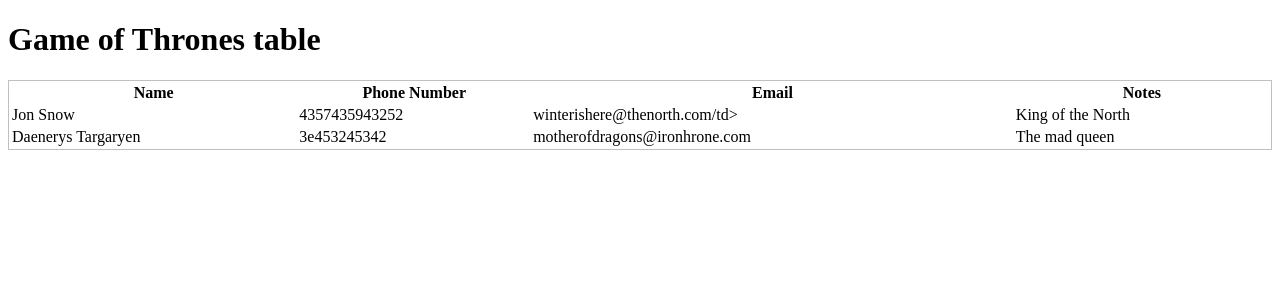
Repository: linas-dev/HTML-CSS-Projects
Page: Basic_HTML_and_CSS/HTML_Table.html
An editor plug-in stored every save of this project. The page is shown before and after the next save, followed by the edit.
The browser window is 1280 px wide. The pictures show the whole page.
The pointer rests on the first visible `td`.

Above is the page before, as saved 2021-05-30 10:37:41.

### Basic_HTML_and_CSS/HTML_Table.html
<!DOCTYPE html>
<html lang="en">
<head>
    <meta charset="UTF-8">
    <meta http-equiv="X-UA-Compatible" content="IE=edge">
    <meta name="viewport" content="width=device-width, initial-scale=1.0">
    <link rel="stylesheet" href="CSS_Table.css">
    <title>Document</title>
</head>
<body>

    <h1>Game of Thrones table</h1>
    <table style="width:100%">
        <tr>
            <th>Name</th>
            <th>Phone Number</th>
            <th>Email</th>
            <th>Notes</th>
        </tr>
        <tr>
            <td>Jon Snow</td>
            <td>4357435943252</td>
            <td>winterishere@thenorth.com/td>
            <td>King of the North</td>
        </tr>
        <tr>
            <td>Daenerys Targaryen</td>
            <td>3e453245342</td>
            <td>motherofdragons@ironhrone.com</td>
            <td>The mad queen</td>
        </tr>
    </table>






    <!-- <table class="table">
        <thead>
            <tr>
                <td><b>PRODUCT</b></td>
                <td><b>QTY</b></td>
                <td><b>PRICE</b></td>
            </tr>
        </thead>
        <tbody>
            <tr>
                <td class="hoveref">Drink</td>
                <td class="hoveref">1</td>
                <td class="hoveref">3.0</td>
            </tr>
            <tr>
                <td class="hoveref">Chips</td>
                <td class="hoveref">2</td>
                <td class="hoveref">1.5</td>
            </tr>
            <tr>
                <td class="hoveref">Burger</td>
                <td class="hoveref">7</td>
                <td class="hoveref">2</td>
            </tr>
        </tbody>
        <tfoot>
            <tr>
                <td class="hoveref" colspan="2" align="right"><b>Total</b></td>
                <td class="hoveref">6.5</td>
            </tr>
        </tfoot> -->

</body>
</html>

### Basic_HTML_and_CSS/CSS_Table.css
table {
    border: 1px solid silver;
}



/* .table {
    border-collapse: collapse;
    margin: 25px 0;
    font-size: 0.9em;
    min-width: 400px;
}

.table thead tr {
    background-color: #009879;
    color: #fff;
    text-align: left;
    font-weight: bold;
}

.table th, .table td {
    padding: 7px 5px;
}

.table tbody tr {
    border-bottom: 1px solid #dddddd;
}

.hoveref:hover {
    background-color: #4F0444;
    color: white;
} */

After the next save:
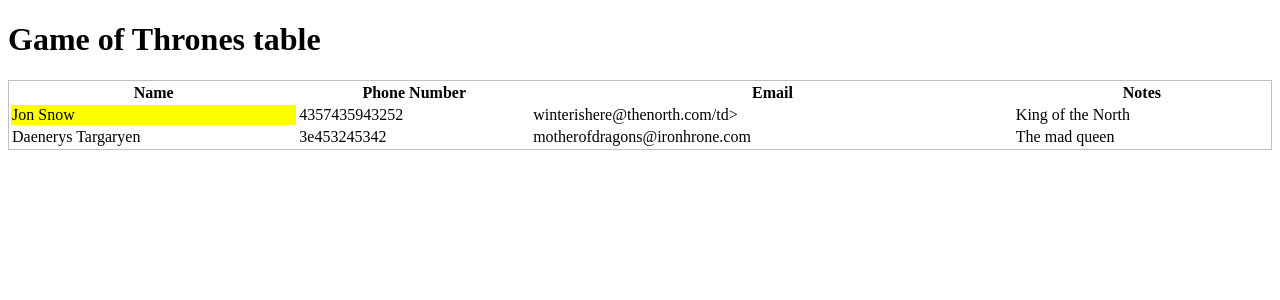
Saved 23 s later.
--- a/Basic_HTML_and_CSS/CSS_Table.css
+++ b/Basic_HTML_and_CSS/CSS_Table.css
@@ -2,6 +2,9 @@ table {
     border: 1px solid silver;
 }
 
+td:hover {
+    background-color: yellow;
+}
 
 
 /* .table {
